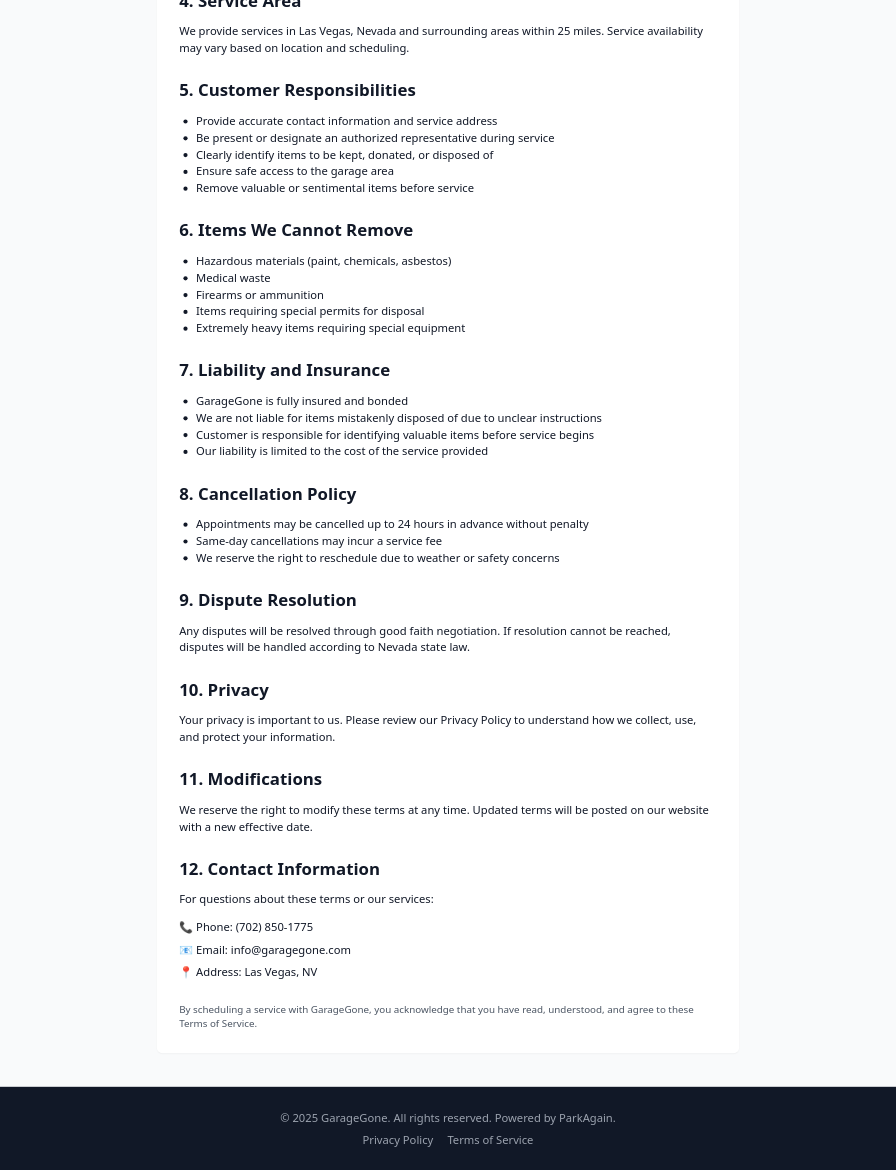
Repository: nikwhite1169/garagegone
Page: terms-of-service.html
The author's editor kept a copy of each file at every save. The page is drawn from the files as they stood at one save, then again after the next save.
The browser window is 1280 px wide. The pictures show the part of the page from y = 852 to 2772 px (the page is 2524 px tall before and 2772 px after), at 70% of full size.
Some web libraries are served in a nearby version.

Above is the page before, as saved 2025-09-16 00:17:26.

After the next save:
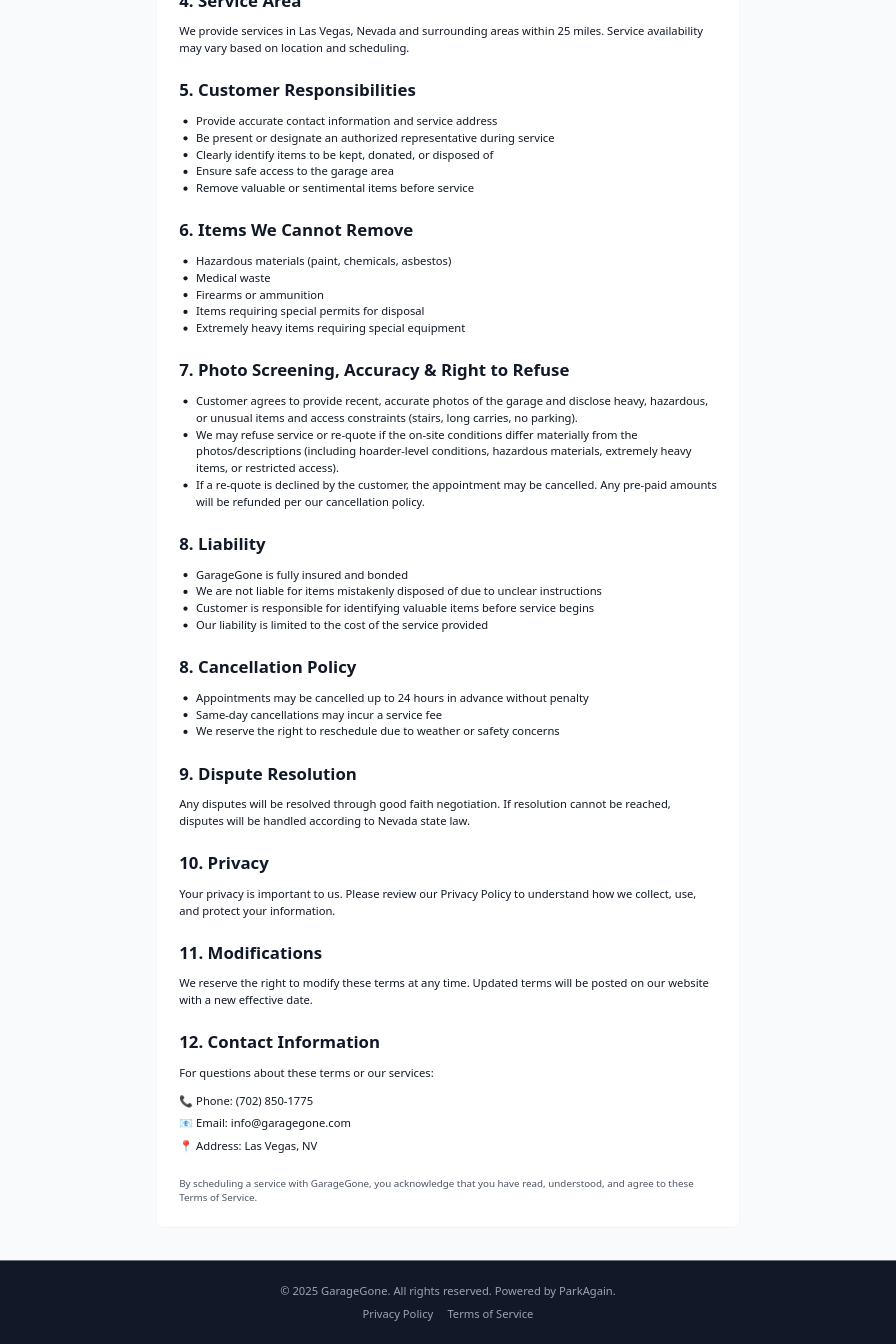
Saved 13 s later.
--- a/terms-of-service.html
+++ b/terms-of-service.html
@@ -98,7 +98,14 @@
                     <li>Extremely heavy items requiring special equipment</li>
                 </ul>
 
-                <h2 class="text-2xl font-bold text-gray-900 mt-8 mb-4">7. Liability and Insurance</h2>
+                <h2 class="text-2xl font-bold text-gray-900 mt-8 mb-4">7. Photo Screening, Accuracy & Right to Refuse</h2>
+                <ul class="list-disc pl-6 mb-6">
+                  <li>Customer agrees to provide recent, accurate photos of the garage and disclose heavy, hazardous, or unusual items and access constraints (stairs, long carries, no parking).</li>
+                  <li>We may refuse service or re-quote if the on-site conditions differ materially from the photos/descriptions (including hoarder-level conditions, hazardous materials, extremely heavy items, or restricted access).</li>
+                  <li>If a re-quote is declined by the customer, the appointment may be cancelled. Any pre-paid amounts will be refunded per our cancellation policy.</li>
+                </ul>
+
+                <h2 class="text-2xl font-bold text-gray-900 mt-8 mb-4">8. Liability</h2>
                 <ul class="list-disc pl-6 mb-6">
                     <li>GarageGone is fully insured and bonded</li>
                     <li>We are not liable for items mistakenly disposed of due to unclear instructions</li>
